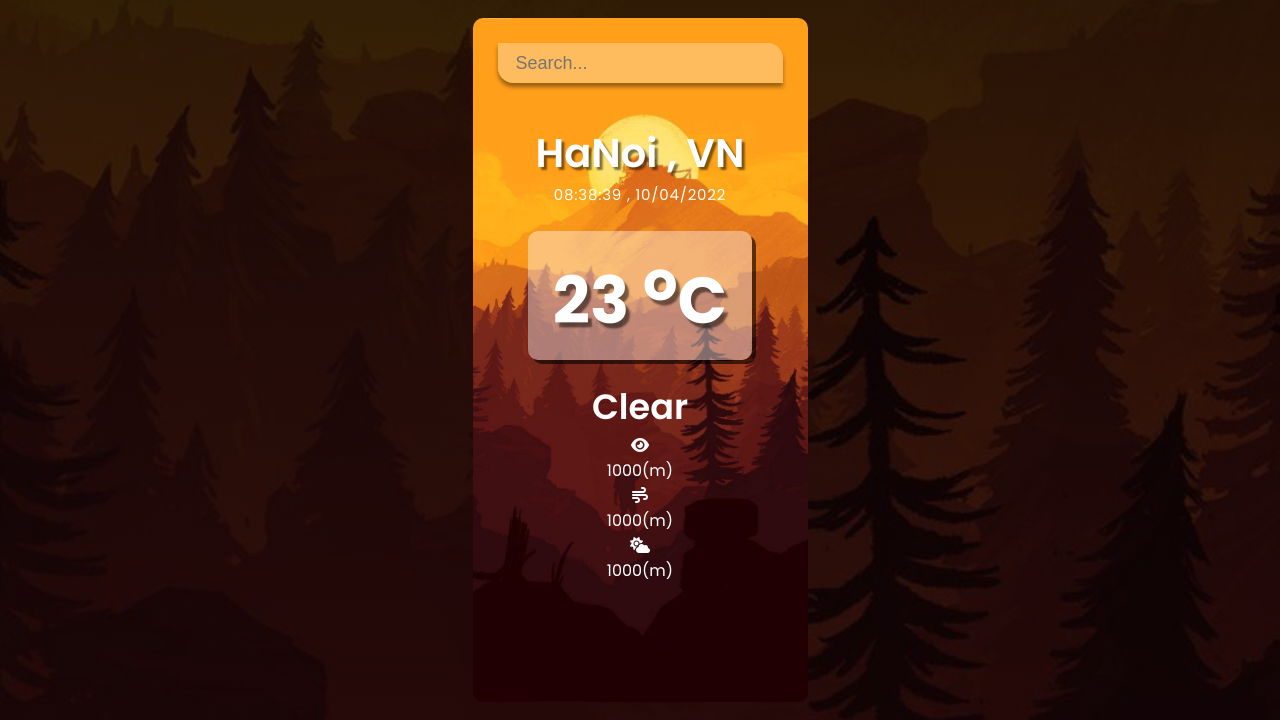
Repository: NguyenDuc-Huy/API_WEATHER
Page: index.html
An editor plug-in stored every save of this project. The page is shown before and after the next save, followed by the edit.
The browser window is 1280 px wide. The pictures show the whole page.
Some web libraries are served in a nearby version.

Above is the page before, as saved 2022-04-10 09:36:29.

After the next save:
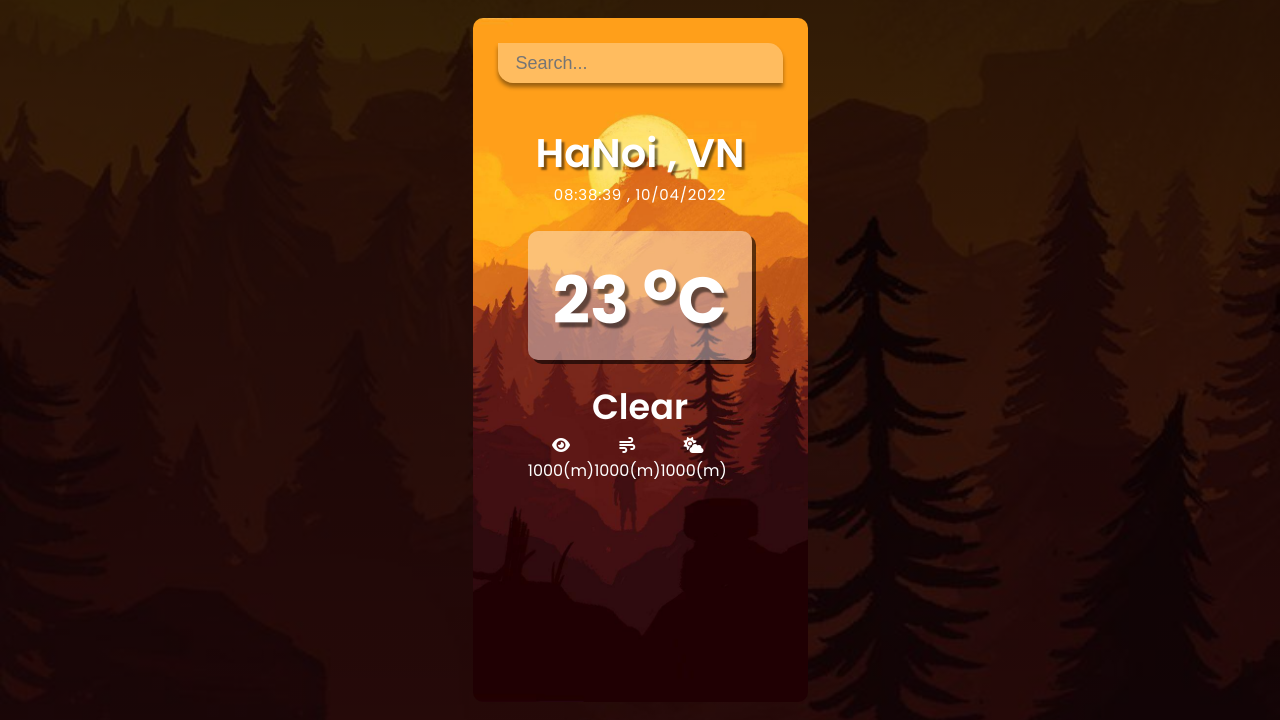
Saved 41 s later.
--- a/style.css
+++ b/style.css
@@ -69,3 +69,7 @@
   font-weight: 600;
   font-size: 35px;
 }
+.more-desc {
+  display: flex;
+  justify-content: between;
+}
